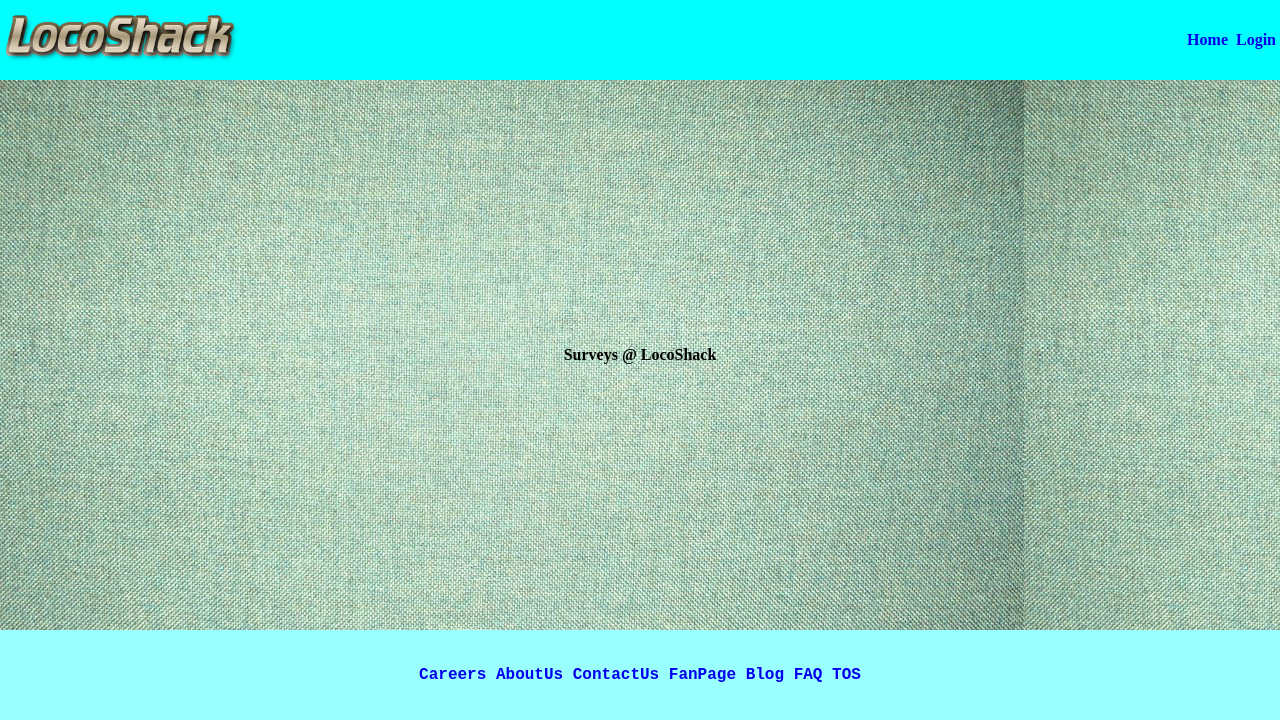
Repository: nicks707/LocoShack_TGMC-project
Page: http://localhost/ram/surveys.jsp
The author's editor kept a copy of each file at every save. The page is drawn from the files as they stood at one save, then again after the next save.
The browser window is 1280 px wide. The pictures show the whole page.
The page is served by Tomcat 9. Other server files are loaded and not shown.

Above is the page before, as saved 2012-03-20 02:45:25.

### ram/WebContent/surveys.jsp
<%@ page language="java" contentType="text/html; charset=ISO-8859-1"
    pageEncoding="ISO-8859-1"%>
<!DOCTYPE html PUBLIC "-//W3C//DTD HTML 4.01 Transitional//EN" "http://www.w3.org/TR/html4/loose.dtd">
<html>
<head>
<meta http-equiv="Content-Type" content="text/html; charset=ISO-8859-1">
<title>LocoSchack-Surveys!</title>
<style>
html, body,table
{
  height: 100%;
}
</style>
</head>
<body>
<table width="100%" cellpadding="0px" cellspacing="0px">
<tr height="80px"><td><jsp:include page="header.jsp" ></jsp:include></td></tr>

<tr height="100%" style=" background-image:url(images/Green-cloth-texture.jpg)"><td>
<b><center>Surveys @ LocoShack</center></b>




</td></tr>
<tr height="50px"><td><jsp:include page="footer.jsp"></jsp:include></td></tr>
</table>

</body>
</html>

### ram/WebContent/header.jsp
<%@ page language="java" contentType="text/html; charset=ISO-8859-1"
    pageEncoding="ISO-8859-1"%>
<!DOCTYPE html PUBLIC "-//W3C//DTD HTML 4.01 Transitional//EN" "http://www.w3.org/TR/html4/loose.dtd">
<html>
<head>
<meta http-equiv="Content-Type" content="text/html; charset=ISO-8859-1">
<title>Insert title here</title>
<style>
a{text-decoration: none;}
</style>
</head>
<body style="margin-top:0px;margin-left:0px;margin-right:0px">



<table bgcolor="#00FFFF" width="100%" cellpadding="0" cellspacing="0">
<tr height="80px"><td>&nbsp;<a href="main.jsp"><img src="images/logo.png" border="0px" height="50px"></img></a></td><td>&nbsp;</td><td align="right"><b><a href="main.jsp">Home</a> <a href="login.jsp">&nbsp;Login&nbsp;</a><b></b></td></tr>
</table>


</body>

</body>
</html>

### ram/WebContent/footer.jsp
<%@ page language="java" contentType="text/html; charset=ISO-8859-1"
    pageEncoding="ISO-8859-1"%>
<!DOCTYPE html PUBLIC "-//W3C//DTD HTML 4.01 Transitional//EN" "http://www.w3.org/TR/html4/loose.dtd">
<html>
<head>
<meta http-equiv="Content-Type" content="text/html; charset=ISO-8859-1">
<title>Insert title here</title>
</head>
<style>
a{text-decoration:none;}
</style>
<body style="margin-top:0px;margin-left:0px;margin-right:0px;">
<table width=100% border="0px" cellpadding="0px" cellspacing="0px">
<tr    bgcolor="#99FFFF" style="height:90px;">
<td  colspan="3" width="100%"  align="center"> <font color="#330099" face="Courier New, Courier, monospace"><b><a href="careers.jsp">Careers</a> <a href="abtus.jsp">AboutUs</a> <a href="contact.jsp">ContactUs</a> <a href="http://www.facebook.com">FanPage</a> <a href="blog.jsp">Blog</a> <a href="faq.jsp">FAQ</a> <a href="tos.jsp">TOS</a></b></font></td>
</tr>


</table>

</body>
</html>

After the next save:
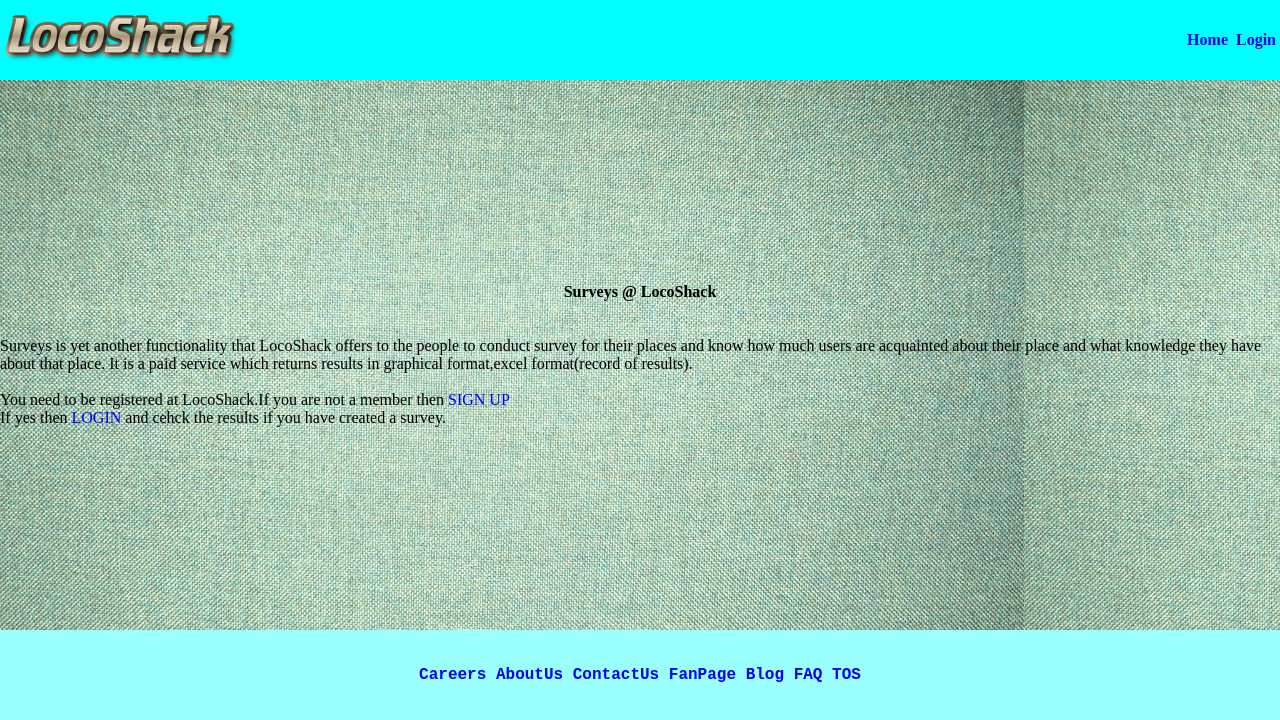
Saved 5 min 33 s later.
--- a/ram/WebContent/surveys.jsp
+++ b/ram/WebContent/surveys.jsp
@@ -17,7 +17,11 @@ html, body,table
 <tr height="80px"><td><jsp:include page="header.jsp" ></jsp:include></td></tr>
 
 <tr height="100%" style=" background-image:url(images/Green-cloth-texture.jpg)"><td>
-<b><center>Surveys @ LocoShack</center></b>
+<b><center>Surveys @ LocoShack</center></b><br/><br/>
+Surveys is  yet another functionality that LocoShack offers to the people to conduct survey for their places and know how much users are acquainted about their place and what knowledge they have about that place.
+It is a paid service which returns results in graphical format,excel format(record of results).<br/><br/>
+You need to be registered at LocoShack.If you are not a member then <a href="signup.jsp">SIGN UP</a><br/>
+If yes then <a href="login.jsp">LOGIN</a> and cehck the results if you have created a survey.
 
 
 
